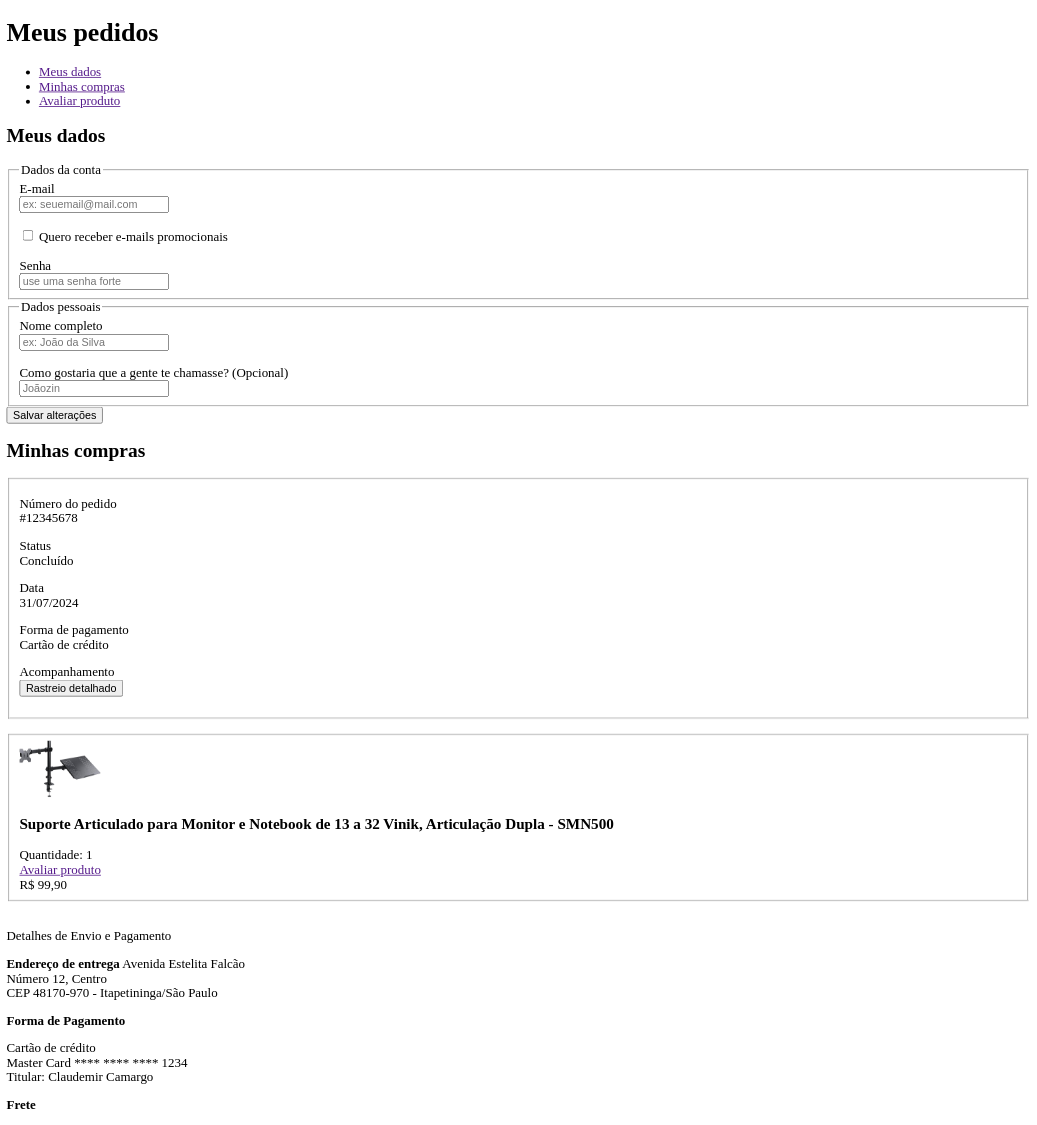
Repository: claudemir-camargo/site-compras
Page: index.html
The author's editor kept a copy of each file at every save. The page is drawn from the files as they stood at one save, then again after the next save.
The browser window is 1280 px wide. The pictures show the whole page, at 81% of full size.

Above is the page before, as saved 2024-03-03 22:30:28.

### index.html
<!DOCTYPE html>
<html lang="en">

<head>
    <meta charset="UTF-8">
    <meta name="viewport" content="width=device-width, initial-scale=1.0">
    <link rel="stylesheet" type="text/css" href="css/style.css" />
    <title>Site de Compras</title>
</head>

<body>
    <h1>Meus pedidos</h1>
    <ul>
        <li><a href="">Meus dados</a></li>
        <li><a href="">Minhas compras</a></li>
        <li><a href="">Avaliar produto</a></li>
    </ul>
    <h2>Meus dados</h2>
    <!-- Conta -->
    <fieldset>
        <legend>Dados da conta</legend>
        <form>
            <label>E-mail</label><br>
            <input type="email" id="email" name="email" placeholder="ex: seuemail@mail.com"><br><br>
            <input type="checkbox">
            <label>Quero receber e-mails promocionais</label><br><br>
            <label>Senha</label><br>
            <input type="password" placeholder="use uma senha forte">
        </form>
    </fieldset>
    <!-- Pessoais -->
    <fieldset>
        <legend>Dados pessoais</legend>
        <form>
            <label>Nome completo</label><br>
            <input type="text" placeholder="ex: João da Silva"><br><br>
            <label>Como gostaria que a gente te chamasse? (Opcional) </label><br>
            <input type="text" placeholder="Joãozin">
        </form>
    </fieldset>
    <button type="button">Salvar alterações</button>
    <!-- Minhas compras -->
    <h2>Minhas compras</h2>
    <fieldset>
        <div class="details">
            <p>Número do pedido<br>#12345678</p>
            <p>Status<br>Concluído</p>
            <p>Data<br>31/07/2024</p>
            <p>Forma de pagamento<br>Cartão de crédito</p>
            <p>Acompanhamento<br><button>Rastreio detalhado</button></p>
    </fieldset>
    <!-- Produto -->
    <br>
    <fieldset>
        <img src="img/suporte.jpg" alt="Suporte">
        <h3><p>Suporte Articulado para Monitor e Notebook de 13 a 32 Vinik,
            Articulação Dupla - SMN500</p></h3>
        Quantidade: 1<br>
        <a href="">Avaliar produto</a><br>
        R$ 99,90
    </fieldset>
    <br>
    <p>Detalhes de Envio e Pagamento</p>
    <strong>Endereço de entrega</strong>
    Avenida Estelita Falcão<br>
    Número 12, Centro<br>
    CEP 48170-970 - Itapetininga/São Paulo
    <br>
    <p><strong>Forma de Pagamento</strong></p>
    Cartão de crédito<br>
    Master Card **** **** **** 1234<br>
    Titular:  Claudemir Camargo <br>
    <p><strong>Frete</strong></p>



</body>

</html>

### css/style.css
img {
    height: 70px;
    width: 100px;
}

After the next save:
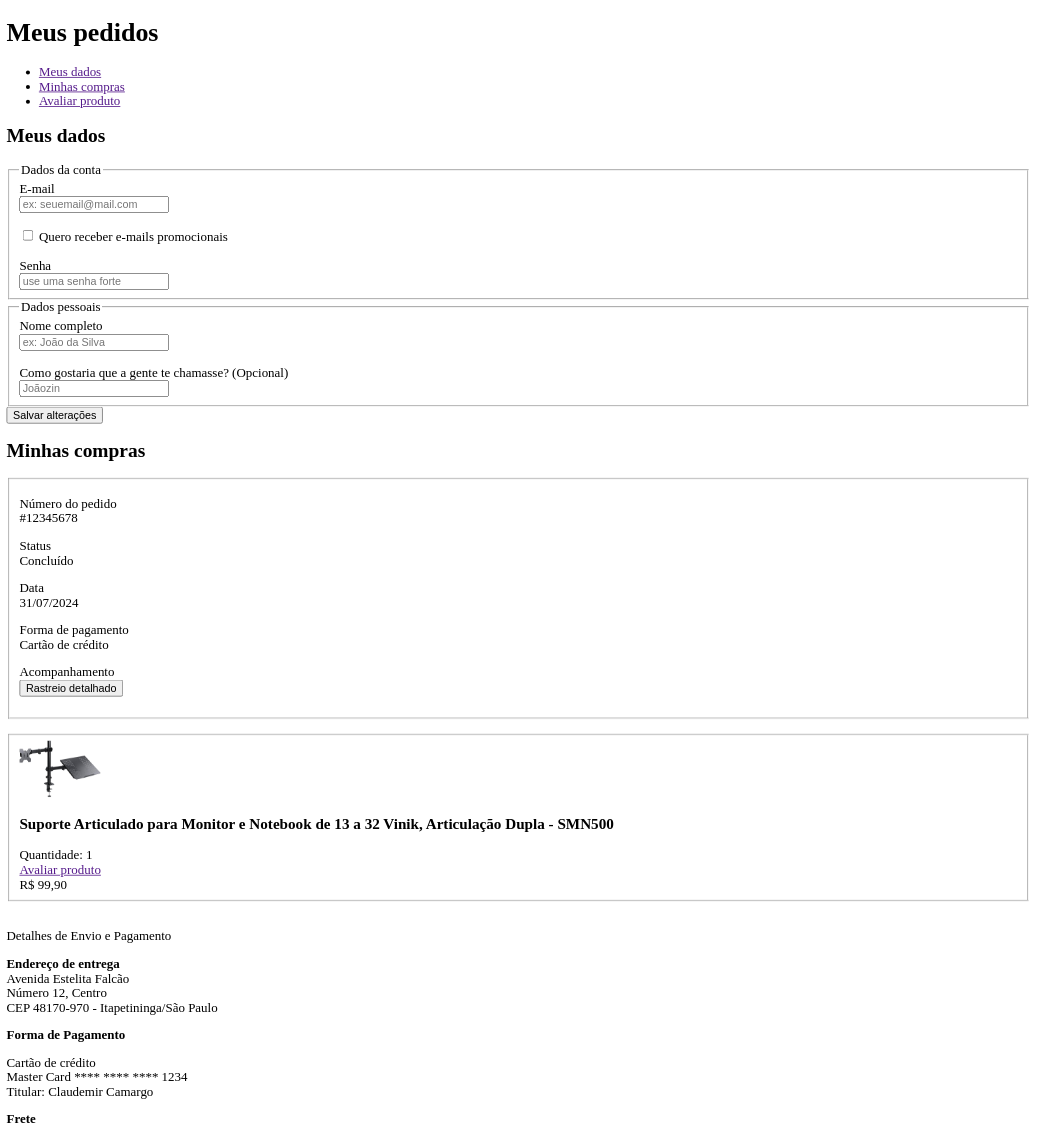
Saved 4 s later.
--- a/index.html
+++ b/index.html
@@ -61,7 +61,7 @@
     </fieldset>
     <br>
     <p>Detalhes de Envio e Pagamento</p>
-    <strong>Endereço de entrega</strong>
+    <strong>Endereço de entrega</strong><br>
     Avenida Estelita Falcão<br>
     Número 12, Centro<br>
     CEP 48170-970 - Itapetininga/São Paulo
